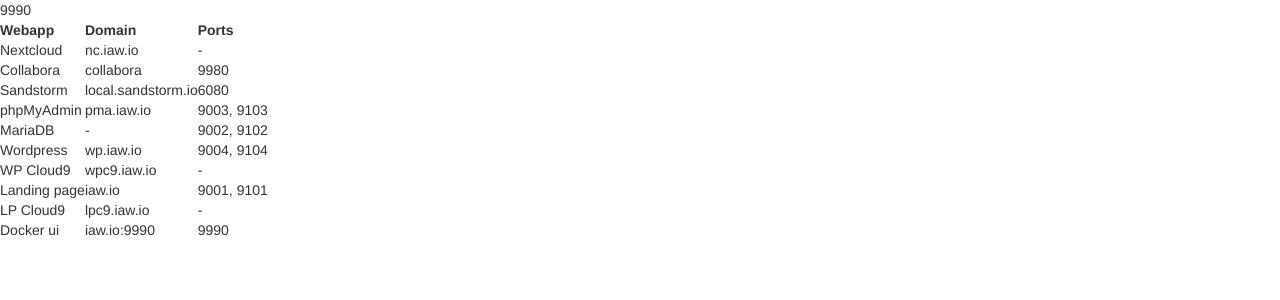
Repository: orboan-docker/iaw-local
Page: landing/list.html
The author's editor kept a record of every edit. The page is drawn from the files as they stood at one moment, then again after the next edit.
The browser window is 1280 px wide. The pictures show the whole page.

Above is the page before.

After the next edit:
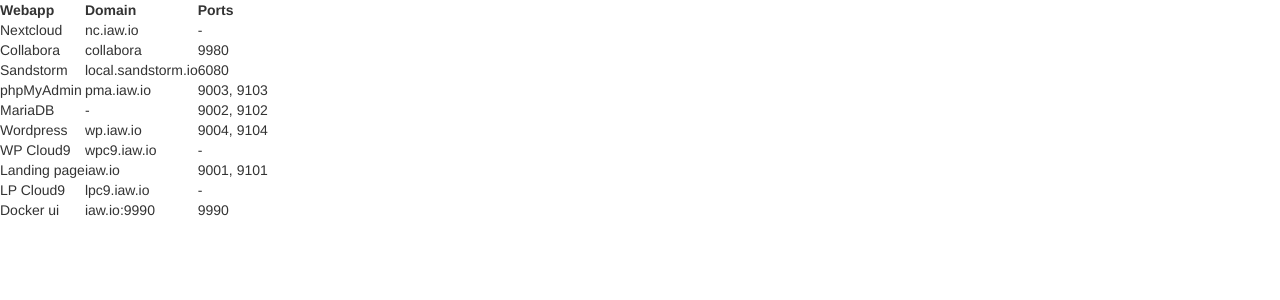
The edit:
--- a/landing/list.html
+++ b/landing/list.html
@@ -66,7 +66,6 @@
             <td>lpc9.iaw.io</td>
             <td>-</td>
         </tr>
-        9990
         <tr>
             <td>Docker ui</td>
             <td>iaw.io:9990</td>
